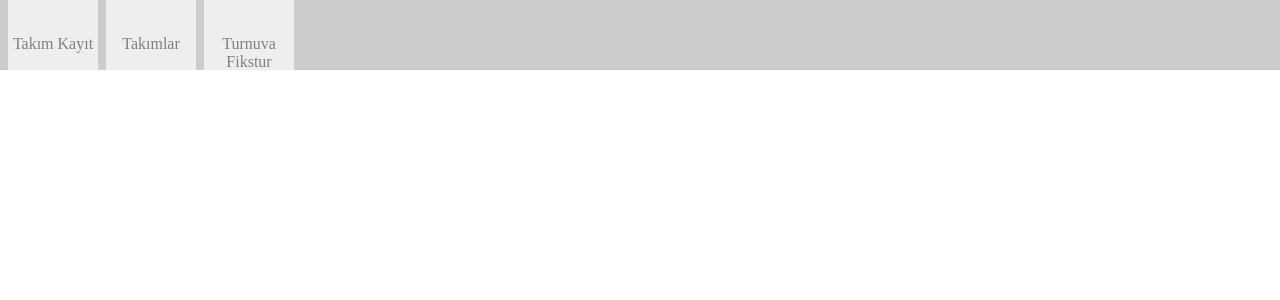
Repository: oktembaris77/internet_final
Page: http://localhost/internetfinal/
An editor plug-in stored every save of this project. The page is shown before and after the next save, followed by the edit.
The browser window is 1280 px wide. The pictures show the whole page.
The page is served by Tomcat 9. Other server files are loaded and not shown.

Above is the page before, as saved 2020-05-11 19:27:39.

### internetfinal/WebContent/index.jsp
<%@ page language="java" contentType="text/html; charset=UTF-8"
    pageEncoding="UTF-8"%>
<!DOCTYPE html>
<html>
<head>
<meta charset="ISO-8859-1">
<title>Takım Kayıt</title>
<meta charset="utf-8"/>
<style>
*{
	margin:0;padding:0;
}

#ustmenu{
width:100%;
height:70px;
background-color:#ccc;
}
a{
text-decoration:none;
color:gray;
}

#sayfabtn{
height:70px;
width:90px;
background-color:#eee;
color:white;
text-align:center;
margin-left:8px;
text-decoration:none;
padding-top:35px;
box-sizing:border-box;
float:left;
}

#sayfabtn:hover{
transition:0.2s;
background-color:#ccc;
color:gray;
}

</style>
</head>
<body>
	<div id="ustmenu">
		<div id="sayfabtn">
			<a href = "google.com">Takım Kayıt</a>
		</div>
		<div id="sayfabtn">
			<a href = "google.com">Takımlar</a>
		</div>
		<div id="sayfabtn">
			<a href = "google.com">Turnuva Fikstur</a>
		</div>


	</div>
</body>
</html>

After the next save:
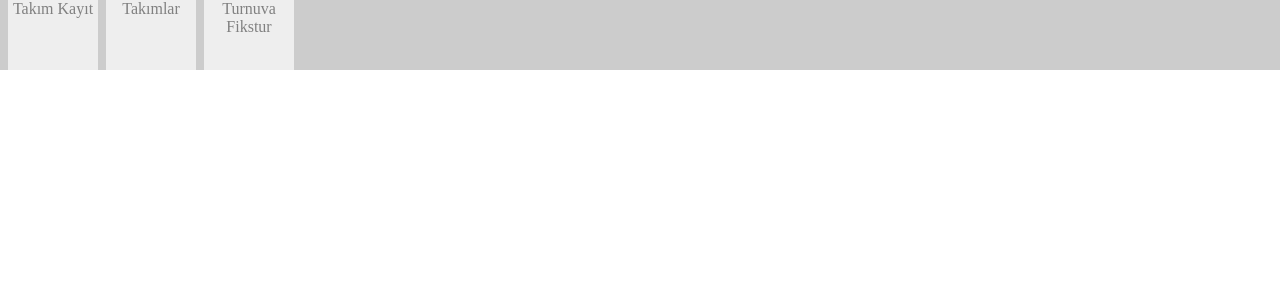
Saved 28 s later.
--- a/internetfinal/WebContent/index.jsp
+++ b/internetfinal/WebContent/index.jsp
@@ -29,7 +29,6 @@ color:white;
 text-align:center;
 margin-left:8px;
 text-decoration:none;
-padding-top:35px;
 box-sizing:border-box;
 float:left;
 }
